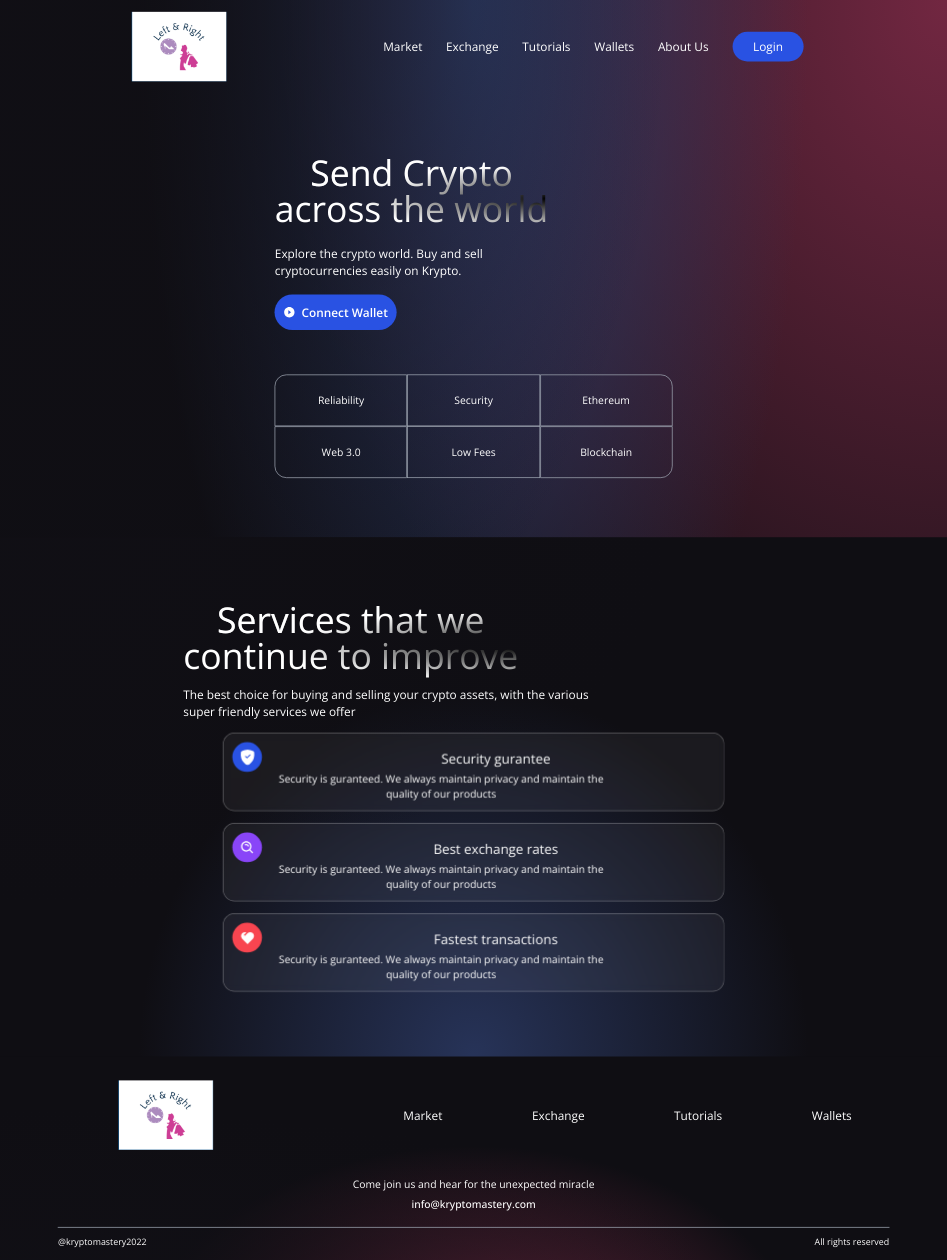
Repository: s6gandhi/Left-Right-Exchange
Page: / (app in client/Shoken/)
These files come from the project's save history. The page is drawn as it stood at one moment and after the next save; the edit follows.
The browser window is 1280 px wide. The pictures show the whole page, at 74% of full size.
The project was rebuilt for these pictures with package versions that can differ from the ones it lists, and the page was loaded fresh each time. Also part of the build but not shown: client/Shoken/vite.config.js.

Above is the page before, as saved 2022-08-08 22:28:07.

### client/Shoken/src/main.jsx
import React from 'react'
import ReactDOM from 'react-dom/client'

import App from './App'
import './index.css'

import { TransactionsProvider } from "./context/TransactionContext";

ReactDOM.createRoot(document.getElementById('root')).render(
  <TransactionsProvider>
    <React.StrictMode>
      <App />
    </React.StrictMode>
  </TransactionsProvider>

)

### client/Shoken/src/App.jsx
import { useState } from 'react'
import reactLogo from './assets/react.svg'
import './App.css'
import Footer from './components/Footer'

//import Loader from './components/Loader'
import Navbar from './components/Navbar'
import Welcome from './components/Welcome'
import Services from './components/Services'
function App() {
  const [count, setCount] = useState(0)

  return (

    <div>
      {/* <div className="min-h-screen"> */}
      <div className="gradient-bg-welcome">
        <Navbar />
        <Welcome />
        <Services />

        <Footer />
      </div>
      {/* </div> */}
    </div>

  )
}

export default App

### client/Shoken/src/index.css
@import url("https://fonts.googleapis.com/css2?family=Open+Sans:wght@300;400;500;600;700&display=swap");

* html {
  padding: 0;
  margin: 0;
  box-sizing: border-box;
}

body {
  margin: 0;
  font-family: "Open Sans", sans-serif;
  -webkit-font-smoothing: antialiased;
  -moz-osx-font-smoothing: grayscale;
}

.gradient-bg-welcome {
  background-color: #0f0e13;
  background-image:
    radial-gradient(at 0% 0%, hsla(253, 16%, 7%, 1) 0, transparent 50%),
    radial-gradient(at 50% 0%, hsla(225, 39%, 30%, 1) 0, transparent 50%),
    radial-gradient(at 100% 0%, hsla(339, 49%, 30%, 1) 0, transparent 50%);
}

.gradient-bg-services {
  background-color: #0f0e13;
  background-image:
    radial-gradient(at 0% 0%, hsla(253, 16%, 7%, 1) 0, transparent 50%),
    radial-gradient(at 50% 100%, hsla(225, 39%, 25%, 1) 0, transparent 50%);
}

.gradient-bg-transactions {
  background-color: #0f0e13;
  background-image:
    radial-gradient(at 0% 100%, hsla(253, 16%, 7%, 1) 0, transparent 50%),
    radial-gradient(at 50% 0%, hsla(225, 39%, 25%, 1) 0, transparent 50%);
}

.gradient-bg-footer {
  background-color: #0f0e13;
  background-image:
    radial-gradient(at 0% 100%, hsla(253, 16%, 7%, 1) 0, transparent 53%),
    radial-gradient(at 50% 150%, hsla(339, 49%, 30%, 1) 0, transparent 50%);
}

.blue-glassmorphism {
  background: rgb(39, 51, 89, 0.4);
  border-radius: 16px;
  box-shadow: 0 4px 30px rgba(0, 0, 0, 0.2);
  backdrop-filter: blur(5px);
  -webkit-backdrop-filter: blur(5px);
  border: 1px solid rgba(0, 0, 0, 0.3);
}

/* white glassmorphism */
.white-glassmorphism {
  background: rgba(255, 255, 255, 0.05);
  border-radius: 16px;
  backdrop-filter: blur(5px);
  -webkit-backdrop-filter: blur(5px);
  border: 1px solid rgba(255, 255, 255, 0.3);
}

.eth-card {
  background-color: #a099ff;
  background-image:
    radial-gradient(at 83% 67%, rgb(152, 231, 156) 0, transparent 58%),
    radial-gradient(at 67% 20%, hsla(357, 94%, 71%, 1) 0, transparent 59%),
    radial-gradient(at 88% 35%, hsla(222, 81%, 65%, 1) 0, transparent 50%),
    radial-gradient(at 31% 91%, hsla(9, 61%, 61%, 1) 0, transparent 52%),
    radial-gradient(at 27% 71%, hsla(336, 91%, 65%, 1) 0, transparent 49%),
    radial-gradient(at 74% 89%, hsla(30, 98%, 65%, 1) 0, transparent 51%),
    radial-gradient(at 53% 75%, hsla(174, 94%, 68%, 1) 0, transparent 45%);
}

.text-gradient {
  background-color: #fff;
  background-image: radial-gradient(at 4% 36%, hsla(0, 0%, 100%, 1) 0, transparent 53%), radial-gradient(at 100% 60%, rgb(0, 0, 0) 0, transparent 50%);
  -webkit-background-clip: text;
  -webkit-text-fill-color: transparent;
}

@tailwind base;
@tailwind components;
@tailwind utilities;

### client/Shoken/src/App.css
#root {
  /* max-width: 1280px; */
  margin: 0 auto;
  /* padding: 2rem; */
  text-align: center;
}

.logo {
  height: 6em;
  padding: 1.5em;
  will-change: filter;
}

.logo:hover {
  filter: drop-shadow(0 0 2em #646cffaa);
}

.logo.react:hover {
  filter: drop-shadow(0 0 2em #61dafbaa);
}

@keyframes logo-spin {
  from {
    transform: rotate(0deg);
  }

  to {
    transform: rotate(360deg);
  }
}

@media (prefers-reduced-motion: no-preference) {
  a:nth-of-type(2) .logo {
    animation: logo-spin infinite 20s linear;
  }
}

.card {
  padding: 2em;
}

.read-the-docs {
  color: #888;
}

### client/Shoken/src/components/Footer.jsx
import React from "react";

import logo from "./images/logo.png";

const Footer = () => (

    <div className="w-full flex md:justify-center justify-between items-center flex-col p-4 gradient-bg-footer">
        <div className="w-full flex sm:flex-row flex-col justify-between items-center my-4">
            <div className="flex flex-[0.5] justify-center items-center">
                <img src={logo} alt="logo" className="w-32" />
            </div>
            <div className="flex flex-1 justify-evenly items-center flex-wrap sm:mt-0 mt-5 w-full">
                <p className="text-white text-base text-center mx-2 cursor-pointer">Market</p>
                <p className="text-white text-base text-center mx-2 cursor-pointer">Exchange</p>
                <p className="text-white text-base text-center mx-2 cursor-pointer">Tutorials</p>
                <p className="text-white text-base text-center mx-2 cursor-pointer">Wallets</p>
            </div>
        </div>

        <div className="flex justify-center items-center flex-col mt-5">
            <p className="text-white text-sm text-center">Come join us and hear for the unexpected miracle</p>
            <p className="text-white text-sm text-center font-medium mt-2">info@kryptomastery.com</p>
        </div>

        <div className="sm:w-[90%] w-full h-[0.25px] bg-gray-400 mt-5 " />

        <div className="sm:w-[90%] w-full flex justify-between items-center mt-3">
            <p className="text-white text-left text-xs">@kryptomastery2022</p>
            <p className="text-white text-right text-xs">All rights reserved</p>
        </div>
    </div>

);

export default Footer;

### client/Shoken/src/components/Navbar.jsx
import React from "react";
//import { HiMenuAlt4 } from "react-icons/hi";
//import { AiOutlineClose } from "react-icons/ai";

import logo from "./images/logo.png";

const NavBarItem = ({ title, classprops }) => (
    <li className={`mx-4 cursor-pointer ${classprops}`}>{title}</li>
);

const Navbar = () => {
    const [toggleMenu, setToggleMenu] = React.useState(false);

    return (
        <nav className="w-full flex md:justify-center justify-between items-center p-4">
            <div className="md:flex-[0.5] flex-initial justify-center items-center">
                <img src={logo} alt="logo" className="w-32 cursor-pointer" />
            </div>
            {<ul className="text-white md:flex hidden list-none flex-row justify-between items-center flex-initial">
                {["Market", "Exchange", "Tutorials", "Wallets", "About Us"].map((item, index) => (
                    <NavBarItem key={item + index} title={item} />
                ))}
                <li className="bg-[#2952e3] py-2 px-7 mx-4 rounded-full cursor-pointer hover:bg-[#2546bd]">
                    Login
                </li>
            </ul>

                // <div className="flex relative">
                //     {!toggleMenu && (
                //         <HiMenuAlt4 fontSize={28} className="text-white md:hidden cursor-pointer" onClick={() => setToggleMenu(true)} />
                //     )}
                //     {toggleMenu && (
                //         <AiOutlineClose fontSize={28} className="text-white md:hidden cursor-pointer" onClick={() => setToggleMenu(false)} />
                //     )}
                //     {toggleMenu && (
                //         <ul
                //             className="z-10 fixed -top-0 -right-2 p-3 w-[70vw] h-screen shadow-2xl md:hidden list-none
                // flex flex-col justify-start items-end rounded-md blue-glassmorphism text-white animate-slide-in"
                //         >
                //             <li className="text-xl w-full my-2"><AiOutlineClose onClick={() => setToggleMenu(false)} /></li>
                //             {["Market", "Exchange", "Tutorials", "Wallets"].map(
                //                 (item, index) => <NavBarItem key={item + index} title={item} classprops="my-2 text-lg" />,
                //             )}
                //         </ul>
                //     )}
                // </div> */
            }
        </nav>
    );
};

export default Navbar;

### client/Shoken/src/components/Welcome.jsx
import React, { useContext } from "react";
import { AiFillPlayCircle } from "react-icons/ai";
import { SiEthereum } from "react-icons/si";
import { BsInfoCircle } from "react-icons/bs";

import { TransactionContext } from "../context/TransactionContext";
import { shortenAddress } from "../utils/shortenAddress";
// import { Loader } from ".";

const companyCommonStyles = "min-h-[70px] sm:px-0 px-2 sm:min-w-[120px] flex justify-center items-center border-[0.5px] border-gray-400 text-sm font-light text-white";

const Input = ({ placeholder, name, type, value, handleChange }) => (
    <input
        placeholder={placeholder}
        type={type}
        step="0.0001"
        value={value}
        onChange={(e) => handleChange(e, name)}
        className="my-2 w-full rounded-sm p-2 outline-none bg-transparent text-white border-none text-sm white-glassmorphism"
    />
);




const Welcome = () => {
    const { currentAccount, connectWallet, handleChange, sendTransaction, formData, isLoading } = useContext(TransactionContext);

    const handleSubmit = (e) => {
        const { addressTo, amount, keyword, message } = formData;

        e.preventDefault();

        if (!addressTo || !amount || !keyword || !message) return;

        sendTransaction();
    };

    return (
        <div className="flex w-full justify-center items-center">
            <div className="flex mf:flex-row flex-col items-start justify-between md:p-20 py-12 px-4">
                <div className="flex flex-1 justify-start items-start flex-col mf:mr-10">
                    <h1 className="text-5xl text-gradient py-1">
                        Send Crypto <br /> across the world
                    </h1>
                    <p className="text-left mt-5 text-white font-light md:w-9/12 w-11/12 text-base">
                        Explore the crypto world. Buy and sell cryptocurrencies easily on Krypto.
                    </p>
                    {!currentAccount && (
                        <button
                            type="button"
                            onClick={connectWallet}
                            className="flex flex-row justify-center items-center my-5 bg-[#2952e3] p-3 rounded-full cursor-pointer hover:bg-[#2546bd]"
                        >
                            <AiFillPlayCircle className="text-white mr-2" />
                            <p className="text-white text-base font-semibold">
                                Connect Wallet
                            </p>
                        </button>
                    )}

                    <div className="grid sm:grid-cols-3 grid-cols-2 w-full mt-10">
                        <div className={`rounded-tl-2xl ${companyCommonStyles}`}>
                            Reliability
                        </div>
                        <div className={companyCommonStyles}>Security</div>
                        <div className={`sm:rounded-tr-2xl ${companyCommonStyles}`}>
                            Ethereum
                        </div>
                        <div className={`sm:rounded-bl-2xl ${companyCommonStyles}`}>
                            Web 3.0
                        </div>
                        <div className={companyCommonStyles}>Low Fees</div>
                        <div className={`rounded-br-2xl ${companyCommonStyles}`}>
                            Blockchain
                        </div>
                    </div>
                </div>

                {/* <div className="flex flex-col flex-1 items-center justify-start w-full mf:mt-0 mt-10">
                    <div className="p-3 flex justify-end items-start flex-col rounded-xl h-40 sm:w-72 w-full my-5 eth-card .white-glassmorphism ">
                        <div className="flex justify-between flex-col w-full h-full">
                            <div className="flex justify-between items-start">
                                <div className="w-10 h-10 rounded-full border-2 border-white flex justify-center items-center">
                                    <SiEthereum fontSize={21} color="#fff" />
                                </div>
                                <BsInfoCircle fontSize={17} color="#fff" />
                            </div>
                            <div>
                                <p className="text-white font-light text-sm">
                                    {shortenAddress(currentAccount)}
                                </p>
                                <p className="text-white font-semibold text-lg mt-1">
                                    Ethereum
                                </p>
                            </div>
                        </div>
                    </div>
                    {/* <div className="p-5 sm:w-96 w-full flex flex-col justify-start items-center blue-glassmorphism">
                        <Input placeholder="Address To" name="addressTo" type="text" handleChange={handleChange} />
                        <Input placeholder="Amount (ETH)" name="amount" type="number" handleChange={handleChange} />
                        <Input placeholder="Keyword (Gif)" name="keyword" type="text" handleChange={handleChange} />
                        <Input placeholder="Enter Message" name="message" type="text" handleChange={handleChange} />

                        <div className="h-[1px] w-full bg-gray-400 my-2" />

                        {isLoading
                            ? <Loader />
                            : (
                                <button
                                    type="button"
                                    onClick={handleSubmit}
                                    className="text-white w-full mt-2 border-[1px] p-2 border-[#3d4f7c] hover:bg-[#3d4f7c] rounded-full cursor-pointer"
                                >
                                    Send now
                                </button>
                            )}
                    </div>
                </div> */}
            </div>
        </div>

    );
};

export default Welcome;

### client/Shoken/src/components/Services.jsx
import React from "react";
import { BsShieldFillCheck } from "react-icons/bs";
import { BiSearchAlt } from "react-icons/bi";
import { RiHeart2Fill } from "react-icons/ri";

const ServiceCard = ({ color, title, icon, subtitle }) => (
    <div className="flex flex-row justify-start items-start white-glassmorphism p-3 m-2 cursor-pointer hover:shadow-xl">
        <div className={`w-10 h-10 rounded-full flex justify-center items-center ${color}`}>
            {icon}
        </div>
        <div className="ml-5 flex flex-col flex-1">
            <h3 className="mt-2 text-white text-lg">{title}</h3>
            <p className="mt-1 text-white text-sm md:w-9/12">
                {subtitle}
            </p>
        </div>
    </div>
);

const Services = () => (
    <div className="flex w-full justify-center items-center gradient-bg-services">
        <div className="flex mf:flex-row flex-col items-center justify-between md:p-20 py-12 px-4">
            <div className="flex-1 flex flex-col justify-start items-start">
                <h1 className="text-white text-3xl sm:text-5xl py-2 text-gradient ">
                    Services that we
                    <br />
                    continue to improve
                </h1>
                <p className="text-left my-2 text-white font-light md:w-9/12 w-11/12 text-base">
                    The best choice for buying and selling your crypto assets, with the
                    various super friendly services we offer
                </p>
            </div>

            <div className="flex-1 flex flex-col justify-start items-center">
                <ServiceCard
                    color="bg-[#2952E3]"
                    title="Security gurantee"
                    icon={<BsShieldFillCheck fontSize={21} className="text-white" />}
                    subtitle="Security is guranteed. We always maintain privacy and maintain the quality of our products"
                />
                <ServiceCard
                    color="bg-[#8945F8]"
                    title="Best exchange rates"
                    icon={<BiSearchAlt fontSize={21} className="text-white" />}
                    subtitle="Security is guranteed. We always maintain privacy and maintain the quality of our products"
                />
                <ServiceCard
                    color="bg-[#F84550]"
                    title="Fastest transactions"
                    icon={<RiHeart2Fill fontSize={21} className="text-white" />}
                    subtitle="Security is guranteed. We always maintain privacy and maintain the quality of our products"
                />
            </div>
        </div>
    </div>
);

export default Services;

Loaded but not shown: client/Shoken/index.html (common file); client/Shoken/src/utils/shortenAddress.js (common file); client/Shoken/tailwind.config.cjs (common file); client/Shoken/src/utils/Transactions.json (140 lines, source omitted); client/Shoken/src/utils/constants.js (4 lines, source omitted); client/Shoken/src/context/TransactionContext.jsx (164 lines, source omitted)

After the next save:
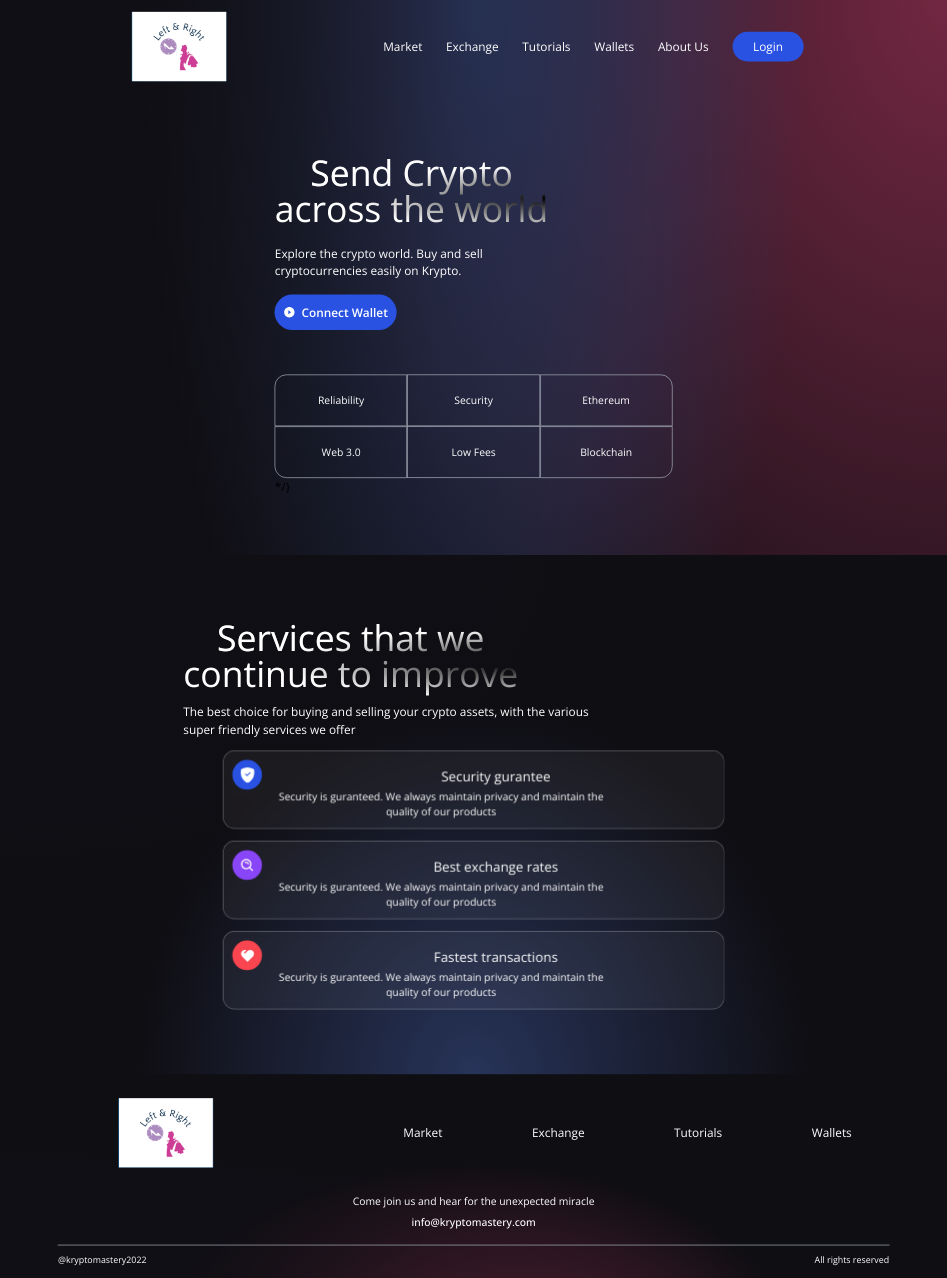
Saved 98 s later.
--- a/client/Shoken/src/components/Welcome.jsx
+++ b/client/Shoken/src/components/Welcome.jsx
@@ -77,7 +77,7 @@
                     </div>
                 </div>
 
-                {/* <div className="flex flex-col flex-1 items-center justify-start w-full mf:mt-0 mt-10">
+                {/* {/* <div className="flex flex-col flex-1 items-center justify-start w-full mf:mt-0 mt-10">
                     <div className="p-3 flex justify-end items-start flex-col rounded-xl h-40 sm:w-72 w-full my-5 eth-card .white-glassmorphism ">
                         <div className="flex justify-between flex-col w-full h-full">
                             <div className="flex justify-between items-start">
@@ -102,9 +102,9 @@
                         <Input placeholder="Keyword (Gif)" name="keyword" type="text" handleChange={handleChange} />
                         <Input placeholder="Enter Message" name="message" type="text" handleChange={handleChange} />
 
-                        <div className="h-[1px] w-full bg-gray-400 my-2" />
+                        <div className="h-[1px] w-full bg-gray-400 my-2" /> */}
 
-                        {isLoading
+                {/* {isLoading
                             ? <Loader />
                             : (
                                 <button
@@ -116,7 +116,7 @@
                                 </button>
                             )}
                     </div>
-                </div> */}
+                </div> */} */}
             </div>
         </div>
 

After the save that followed:
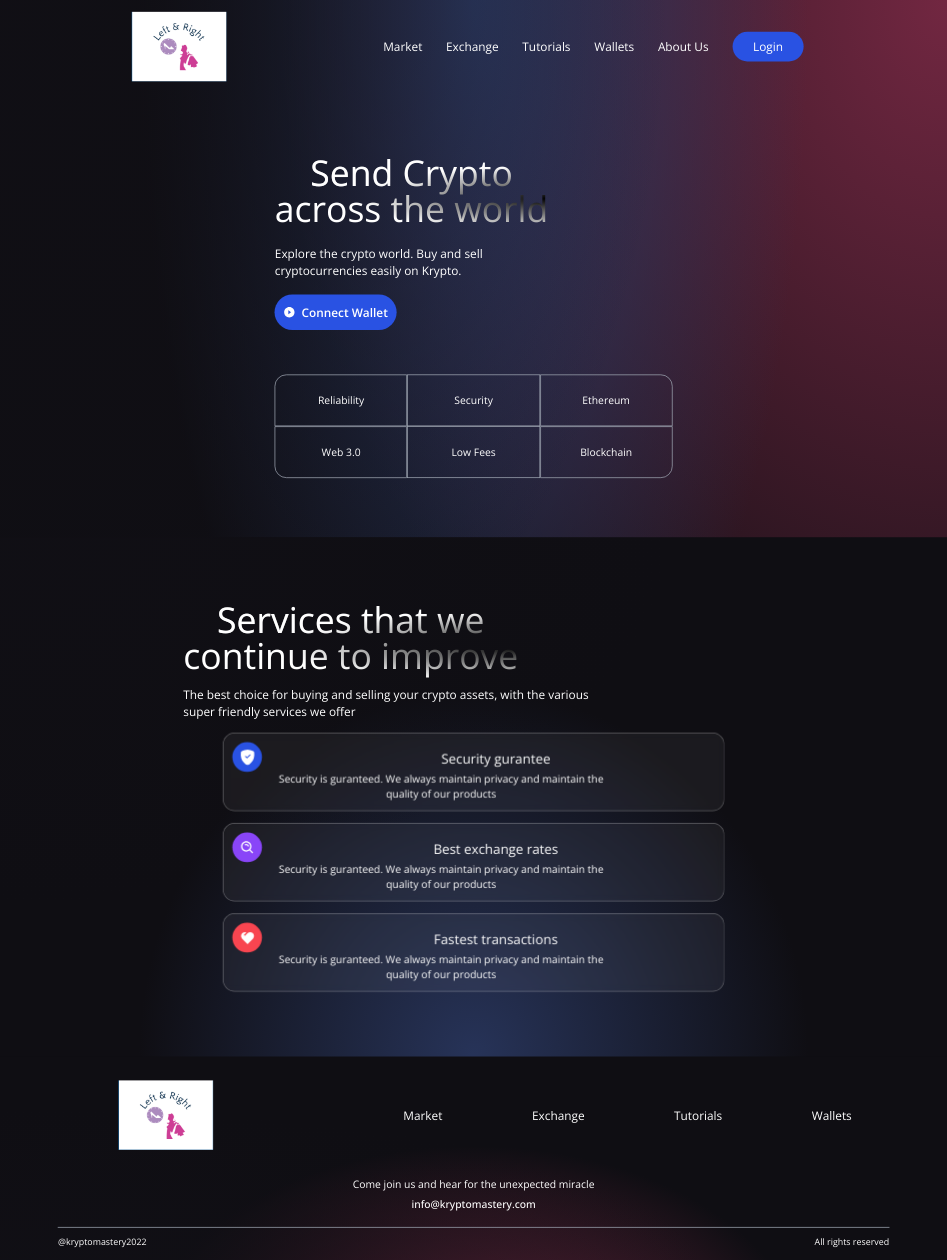
Saved 7 s later.
--- a/client/Shoken/src/components/Welcome.jsx
+++ b/client/Shoken/src/components/Welcome.jsx
@@ -116,7 +116,7 @@
                                 </button>
                             )}
                     </div>
-                </div> */} */}
+                </div> */}
             </div>
         </div>
 
